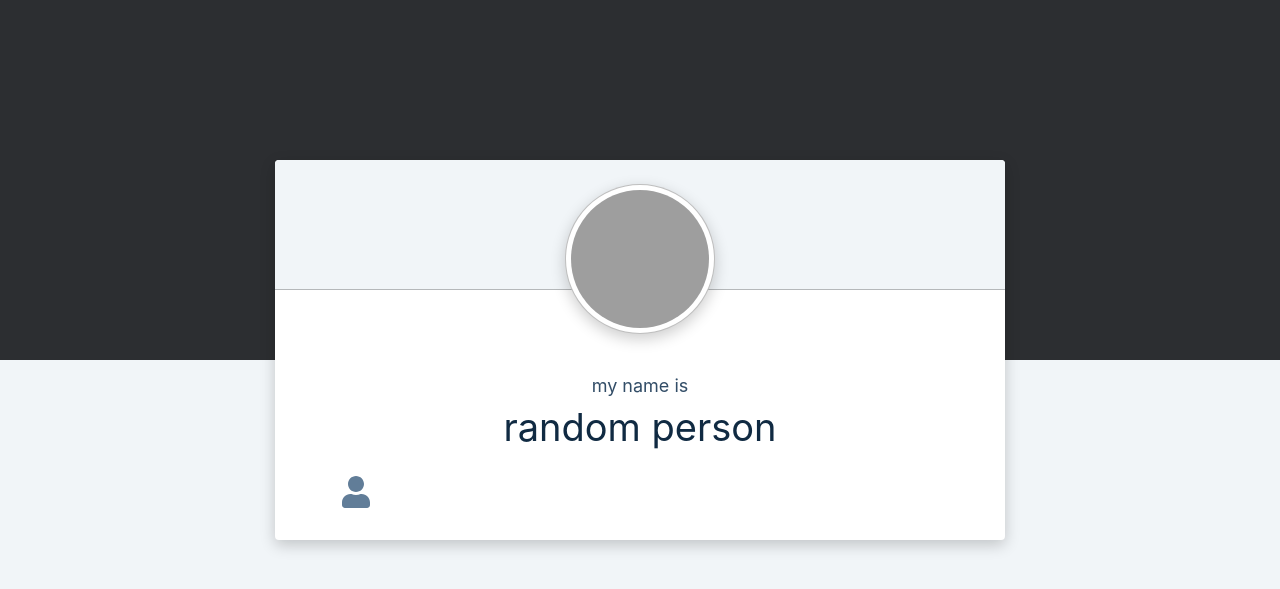
Repository: bodescuanamariia/random-user-generator
Page: /
An editor plug-in stored every save of this project. The page is shown before and after the next save, followed by the edit.
The browser window is 1280 px wide. The pictures show the whole page.
Pictures or frames that could not be fetched are drawn as grey boxes. The project was rebuilt for these pictures with package versions that can differ from the ones it lists, and the page was loaded fresh each time.

Above is the page before, as saved 2022-05-11 11:35:33.

After the next save:
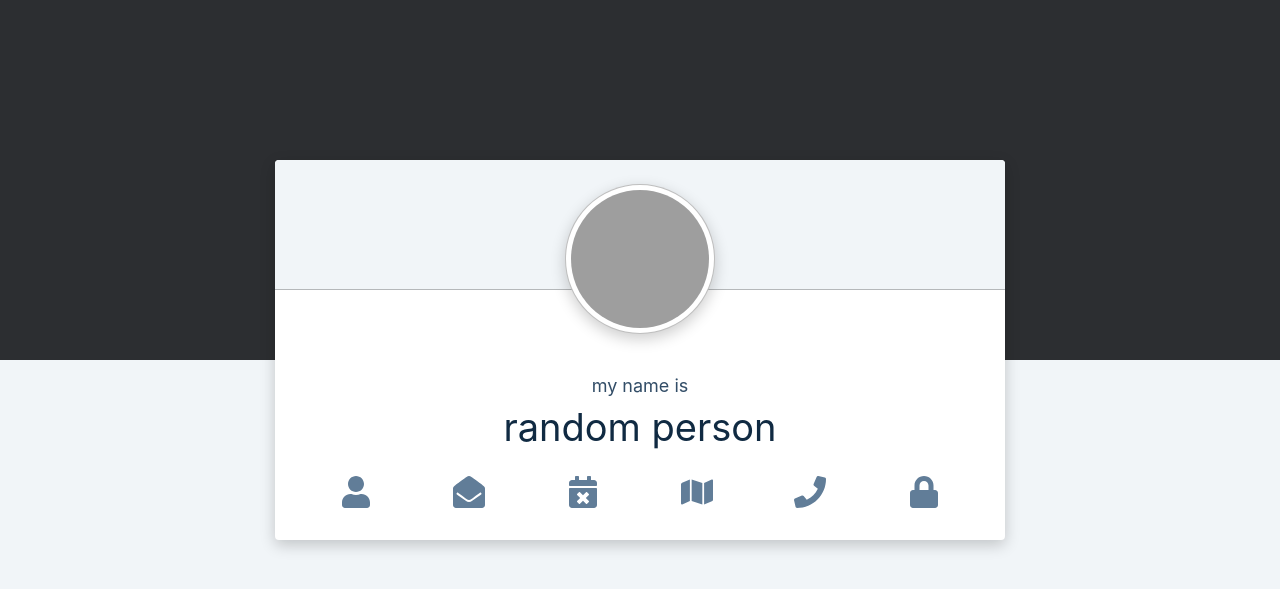
Saved 2 min 6 s later.
--- a/src/App.js
+++ b/src/App.js
@@ -39,6 +39,37 @@ function App() {
             >
               <FaUser />
             </button>
+            <button
+              className="icon"
+              data-label="email"
+              onMouseOver={handleValue}
+            >
+              <FaEnvelopeOpen />
+            </button>
+            <button className="icon" data-label="age" onMouseOver={handleValue}>
+              <FaCalendarTimes />
+            </button>
+            <button
+              className="icon"
+              data-label="street"
+              onMouseOver={handleValue}
+            >
+              <FaMap />
+            </button>
+            <button
+              className="icon"
+              data-label="phone"
+              onMouseOver={handleValue}
+            >
+              <FaPhone />
+            </button>
+            <button
+              className="icon"
+              data-label="password"
+              onMouseOver={handleValue}
+            >
+              <FaLock />
+            </button>
           </div>
         </div>
       </div>
